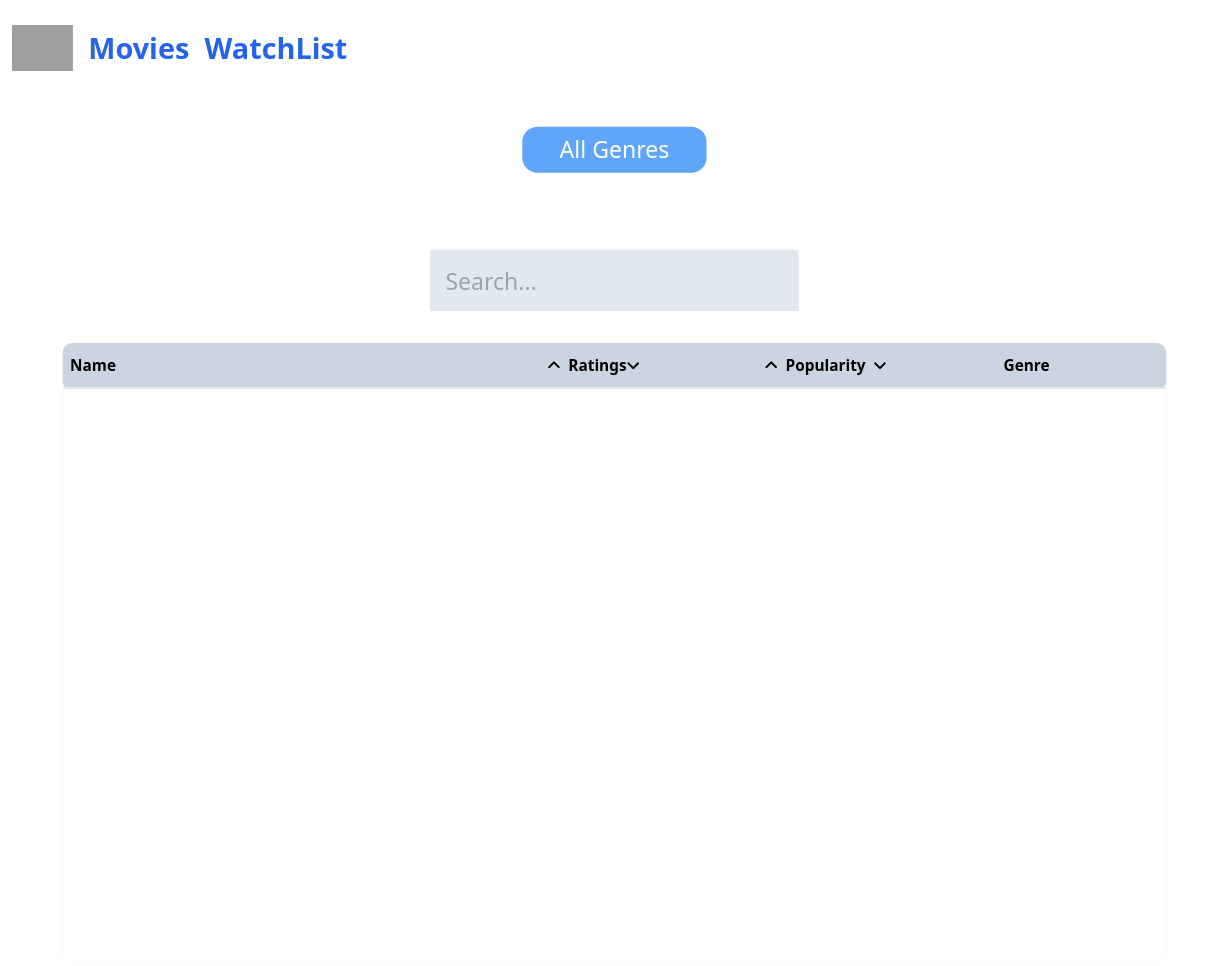
Repository: Aakash20bhatt/LearnReact
Page: /watchlist (app in moviesApp/)
These files come from the project's save history. The page is drawn as it stood at one moment and after the next save; the edit follows.
The browser window is 1280 px wide. The pictures show the whole page, at 96% of full size.
Pictures or frames that could not be fetched are drawn as grey boxes. Some web libraries are served in a nearby version. The project was rebuilt for these pictures with package versions that can differ from the ones it lists, and the page was loaded fresh each time. Also part of the build but not shown: moviesApp/vite.config.js, moviesApp/src/App.css, moviesApp/src/Components/Banner.jsx, moviesApp/src/Components/MovieCard.jsx, moviesApp/src/Components/Pagination.jsx, moviesApp/src/redux/movieMiddleware.js, moviesApp/src/Components/Movies.jsx, moviesApp/src/Components/MovieDetails.jsx.

Above is the page before, as saved 2024-08-25 14:05:13.

After the next save:
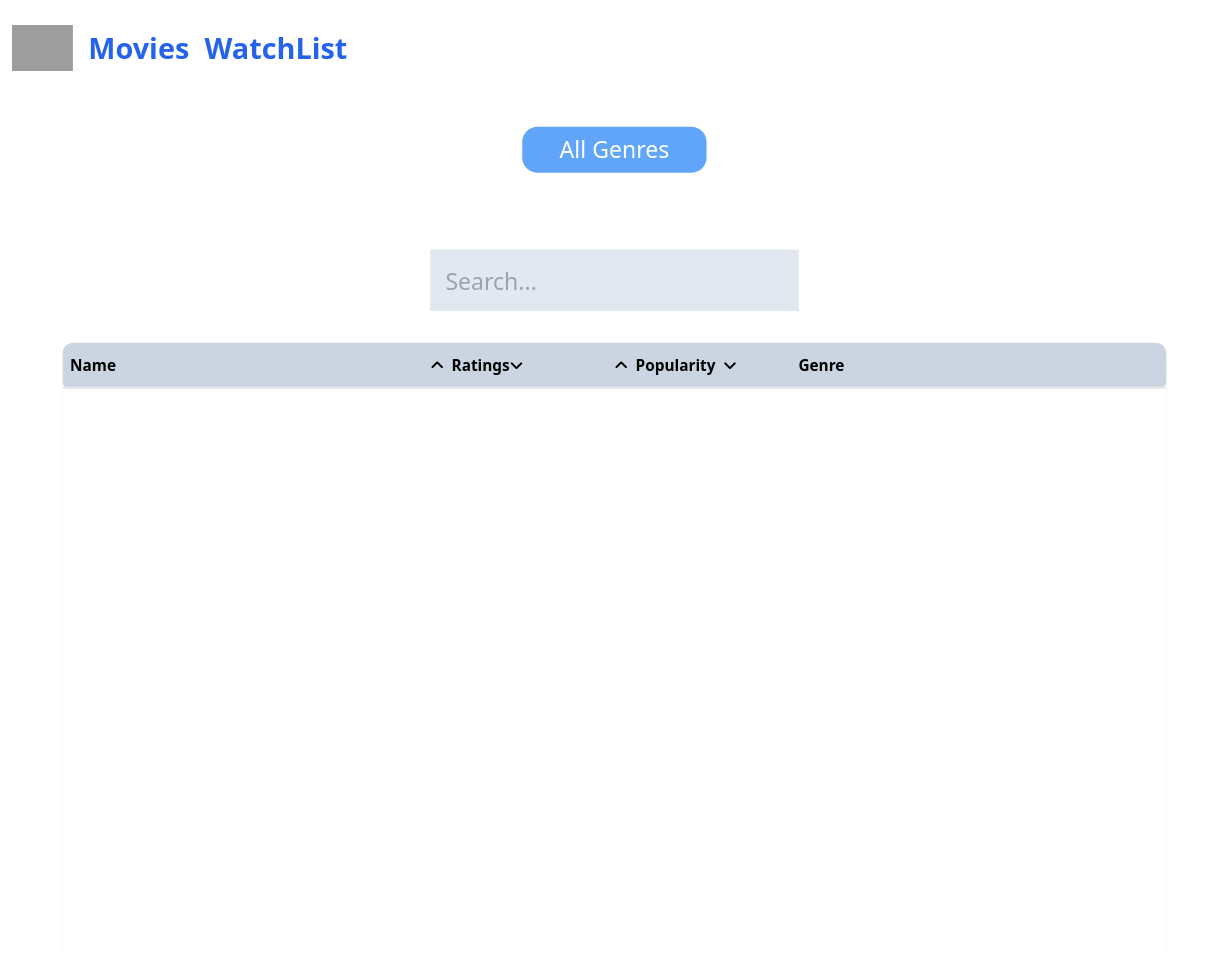
Saved 2 min 17 s later.
--- a/moviesApp/src/Components/Watchlist.jsx
+++ b/moviesApp/src/Components/Watchlist.jsx
@@ -63,9 +63,9 @@ export default function Watchlist() {
                     </div>
                     {movie.title}
                 </td>
-                <td className="p-4">{movie.vote_average}</td>
-                <td className="p-4">{movie.popularity}</td>
-                <td className="p-4">{GENRES_ID_MAPPING[movie.genre_ids[0]]}</td>
+                <td className="w-1/6 p-4">{movie.vote_average}</td>
+                <td className="w-1/6 p-4">{movie.popularity}</td>
+                <td className="w-1/6 p-4">{GENRES_ID_MAPPING[movie.genre_ids[0]]}</td>
                 <td onClick={() => removeFromWatchList(movie)} className="text-rose-600 cursor-pointer p-4">
                     <i className="fa-solid fa-trash"></i>
                 </td>
@@ -99,18 +99,18 @@ export default function Watchlist() {
                 <thead className="heading flex bg-slate-300 h-12 rounded-lg">
                     <th className="heading-row flex items-center justify-between w-full border-b-2 text-left">
                         <tr className="column w-1/3 p-2">Name</tr>
-                        <tr className="column">
+                        <tr className="column w-1/6">
                             <i onClick={() => sortAscending('vote_average')} className="cursor-pointer fa-solid fa-angle-up mr-2"></i>
                             Ratings
                             <i onClick={() => sortDescending('vote_average')} className="cursor-pointer fa-solid fa-angle-down mr-2"></i>
                         </tr>
-                        <tr className="column">
+                        <tr className="column w-1/6">
                             <i onClick={() => sortAscending('popularity')} className="cursor-pointer fa-solid fa-angle-up mr-2"></i>
                             Popularity
                             <i onClick={() => sortDescending('popularity')} className="cursor-pointer fa-solid fa-angle-down ml-2"></i>
                         </tr>
-                        <tr className="column">Genre</tr>
-                        <tr className="column"></tr>
+                        <tr className="column w-1/6">Genre</tr>
+                        <tr className="column w-1/6"></tr>
                     </th>
                 </thead>
                 <tbody className="tbody">
